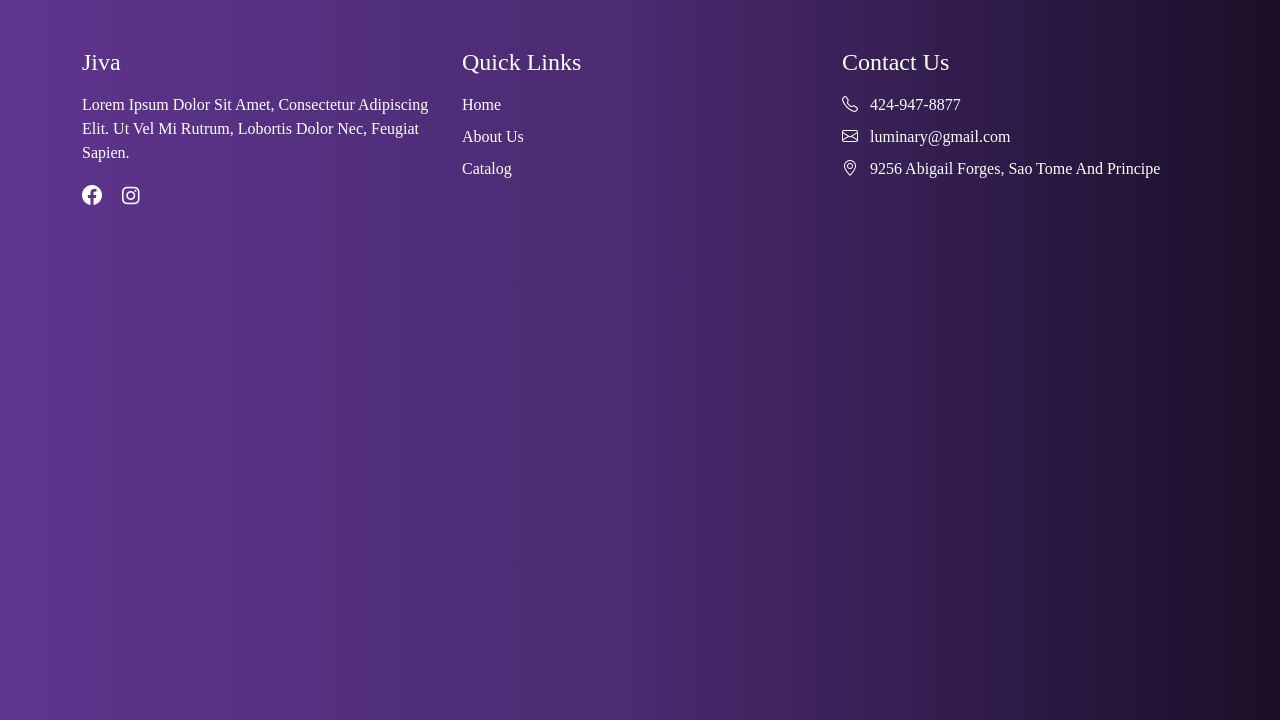
Repository: Vaishnavi323/SonaChandi
Page: http://localhost/sonachandi/application/views/common/footer.php
An editor plug-in stored every save of this project. The page is shown before and after the next save, followed by the edit.
The browser window is 1280 px wide. The pictures show the whole page.
Some web fonts or font styles are not loaded; a fallback is used. The page is run by PHP 8.4 with error messages shown; the project is at /var/www/html/.

Above is the page before, as saved 2025-06-04 17:47:54.

### application/views/common/footer.php
<!DOCTYPE html>
<html lang="en">

<head>
    <meta charset="UTF-8">
    <meta name="viewport" content="width=device-width, initial-scale=1.0">
    <title>Responsive Footer</title>
    <!-- Bootstrap CSS -->
    <link href="https://cdn.jsdelivr.net/npm/bootstrap@5.3.0/dist/css/bootstrap.min.css" rel="stylesheet">
    <link rel="stylesheet" href="https://cdnjs.cloudflare.com/ajax/libs/font-awesome/6.0.0-beta3/css/all.min.css">
    <!-- Google Fonts -->
    <link href="https://fonts.googleapis.com/css2?family=Cormorant+Garamond:wght@400;500;600;700&display=swap" rel="stylesheet">
    <link href="https://fonts.cdnfonts.com/css/garet" rel="stylesheet">
    <style>
        body {
            background: linear-gradient(to right, #5E358E, #4A2A70, #1A0F28);
            color: white;
            font-family: 'Garet', serif;
        }

        h1,
        h2,
        h3,
        h4,
        h5,
        h6 {
            font-family: 'Cormorant Garamond', serif;
        }
    </style>
</head>

<body>
    <footer class="py-5">
        <div class="container">
            <div class="row">
                <!-- First Column: Description and Social Icons -->
                <div class="col-12 col-md-4 mb-4">
                    <h5 class="fs-4 mb-3">Jiva</h5>
                    <p class="fs-6">
                        Lorem Ipsum Dolor Sit Amet, Consectetur Adipiscing Elit. Ut Vel Mi Rutrum, Lobortis Dolor Nec, Feugiat Sapien.
                    </p>
                    <div class="icons ">
                        <a href="#" class="text-white me-3"><i class="bi bi-facebook fs-5"></i></a>
                        <a href="#" class="text-white me-3"><i class="fab fa-instagram fs-5"></i></a>
                    </div>
                </div>

                <!-- Second Column: Quick Links -->
                <div class="col-12 col-md-4 mb-4">
                    <h5 class="fs-4 mb-3">Quick Links</h5>
                    <a href="#" class="d-block mb-2 text-white text-decoration-none fs-6">Home</a>
                    <a href="#" class="d-block mb-2 text-white text-decoration-none fs-6">About Us</a>
                    <a href="#" class="d-block mb-2 text-white text-decoration-none fs-6">Catalog</a>
                </div>

                <!-- Third Column: Contact Us -->
                <div class="col-12 col-md-4 mb-4">
                    <h5 class="fs-4 mb-3">Contact Us</h5>
                    <div>
                        <p class="mb-2 fs-6"><i class="bi bi-telephone me-2"></i> 424-947-8877</p>
                        <p class="mb-2 fs-6"><i class="bi bi-envelope me-2"></i> luminary@gmail.com</p>
                        <p class="mb-2 fs-6"><i class="bi bi-geo-alt me-2"></i> 9256 Abigail Forges, Sao Tome And Principe</p>
                    </div>
                </div>
            </div>
        </div>
    </footer>

    <!-- Bootstrap Icons for Social and Contact Icons -->
    <link href="https://cdn.jsdelivr.net/npm/bootstrap-icons@1.10.0/font/bootstrap-icons.css" rel="stylesheet">
    <!-- Bootstrap JS (Optional for interactivity) -->
    <script src="https://cdn.jsdelivr.net/npm/bootstrap@5.3.0/dist/js/bootstrap.bundle.min.js"></script>
</body>

</html>

After the next save:
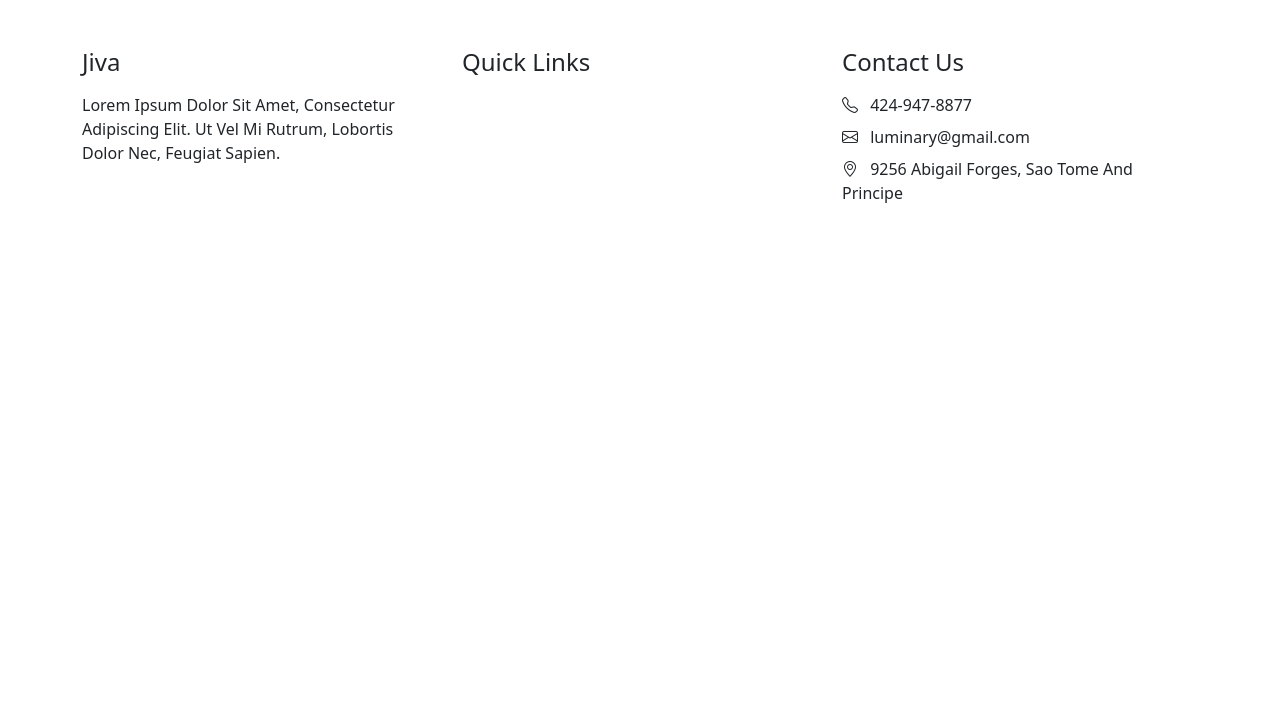
Saved 42 s later.
--- a/application/views/common/footer.php
+++ b/application/views/common/footer.php
@@ -12,7 +12,7 @@
     <link href="https://fonts.googleapis.com/css2?family=Cormorant+Garamond:wght@400;500;600;700&display=swap" rel="stylesheet">
     <link href="https://fonts.cdnfonts.com/css/garet" rel="stylesheet">
     <style>
-        body {
+        /* body {
             background: linear-gradient(to right, #5E358E, #4A2A70, #1A0F28);
             color: white;
             font-family: 'Garet', serif;
@@ -25,13 +25,13 @@
         h5,
         h6 {
             font-family: 'Cormorant Garamond', serif;
-        }
+        } */
     </style>
 </head>
 
 <body>
     <footer class="py-5">
-        <div class="container">
+        <div class="container container-fluid">
             <div class="row">
                 <!-- First Column: Description and Social Icons -->
                 <div class="col-12 col-md-4 mb-4">
